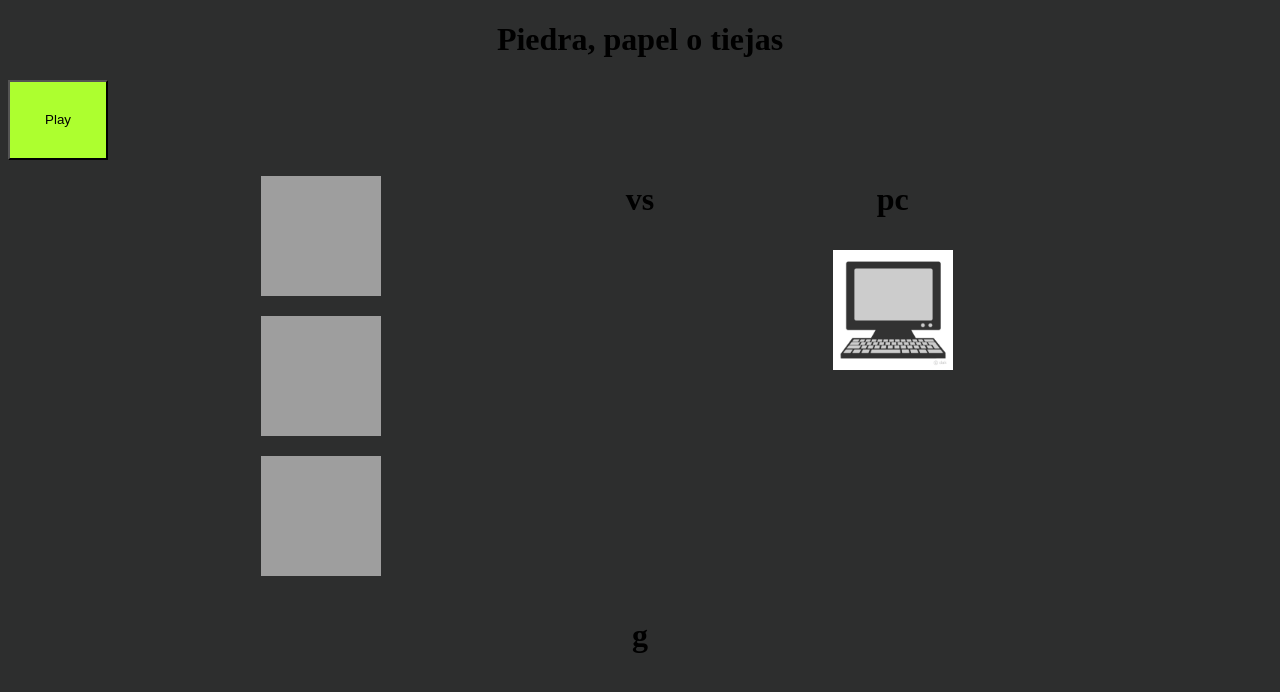
Repository: Kevin8548/FundamentosJS
Page: scissors.html
The author's editor kept a copy of each file at every save. The page is drawn from the files as they stood at one save, then again after the next save.
The browser window is 1280 px wide. The pictures show the whole page.
Pictures or frames that could not be fetched are drawn as grey boxes.

Above is the page before, as saved 2024-09-23 05:49:43.
Console error: SyntaxError: Unexpected token ';'

### scissors.html
<!DOCTYPE html>
<html lang="en">
<head>
    <meta charset="UTF-8">
    <meta name="viewport" content="width=device-width, initial-scale=1.0">
    <title>Document</title>
    <link rel="stylesheet" href="style.css">
</head>
<body>
    <div class="content"></div>
    <script src="./concepts/scissors.js"></script>
    <h1>Piedra, papel o tiejas</h1>
    <button>Play</button>
    <div class="parent">


        <div class="div2">
            <p><img src="img/descarga.jpeg" alt=""></p>
            <p><img src="img/scissor-icon-transparent-free-png.webp" alt=""></p>
            <p><img src="img/png-clipart-paper-leaf-leaf-white-leaf-thumbnail.png" alt=""></p>
        </div>

        <div class="div3"><h1>vs</h1> </div>

        <div class="div4"> <h1>pc
            <p><img src="img/2775.png" alt=""></p>
        </h1></div>

        <div class="div5"><h1>g</h1> </div>

        </div>
</body>
</html>

### style.css
.parent {
display:grid ;
grid-template-columns: repeat(5, 1fr);
grid-template-rows: repeat(1.5, 1fr);
grid-column-gap: 0px;
grid-row-gap: 0px;
}

.div1 { grid-area: 1 / 3 / 2 / 4; }
.div2 { grid-area: 3 / 2 / 4 / 3; }
.div3 { grid-area: 3 / 3 / 4 / 4; }
.div4 { grid-area: 3 / 4 / 4 / 5; }
.div5 { grid-area: 5 / 3 / 6 / 4; }

h1{
text-align: center;
}

img{
width: 120px;
height: 120px;
}

body{
background-color: rgb(45, 46, 46);
}

button {
    background-color: greenyellow;
    width: 100px;
    height: 80px;
}

### concepts/scissors.js
const btnPLay = ;
const divUser = ;
const divMaq = ;
const message = ;

const play = () => {
    const choiceUser = prompt ('Elige; piedra, papel o tijeras');
    const aleatorio = Math.floor(Math.random() * 3);
    //Todo
    //Si aleatorio = 0 choicemaq= piedra y asi para 1  y 2
    //Comparaciones para determinar ganador
}

After the next save:
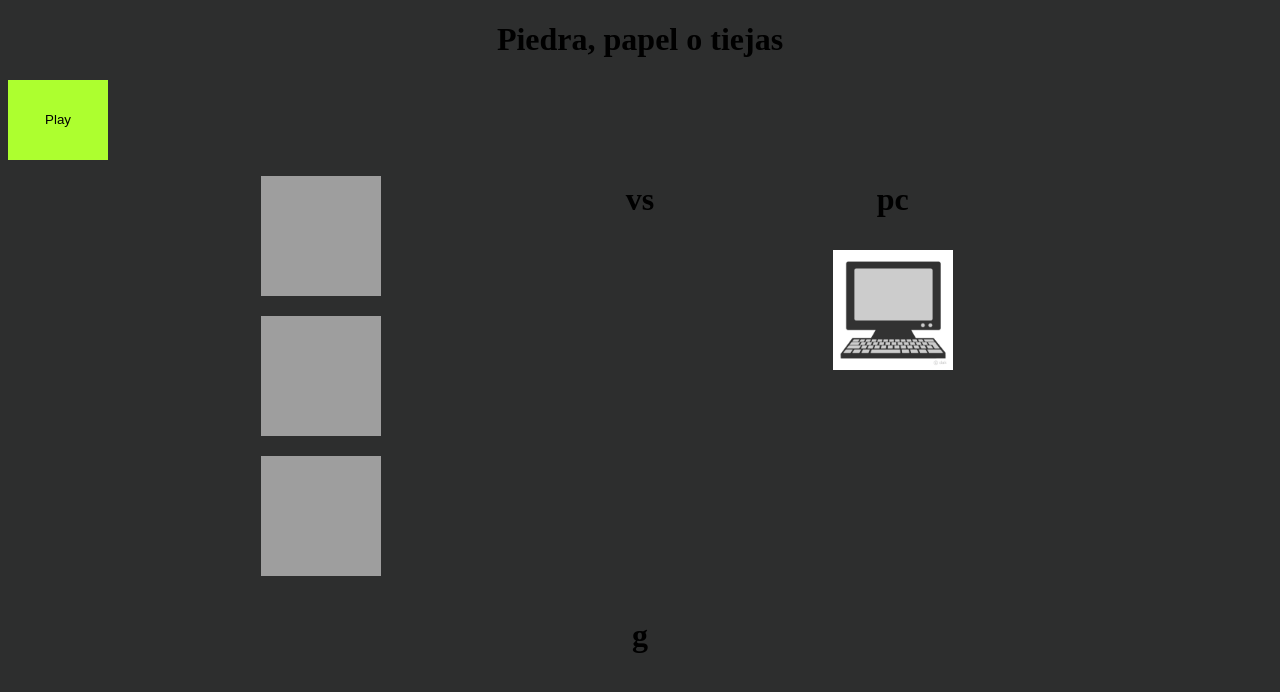
Saved 34 s later.
--- a/style.css
+++ b/style.css
@@ -29,4 +29,9 @@
     background-color: greenyellow;
     width: 100px;
     height: 80px;
+    display: flex; /* Cambia el display a flex */
+    justify-content: center; /* Centra horizontalmente */
+    align-items: center; /* Centra verticalmente */
+    border: none; /* Opcional: elimina el borde */
+    cursor: pointer; /* Cambia el cursor al pasar sobre el botón */
 }

After the save that followed:
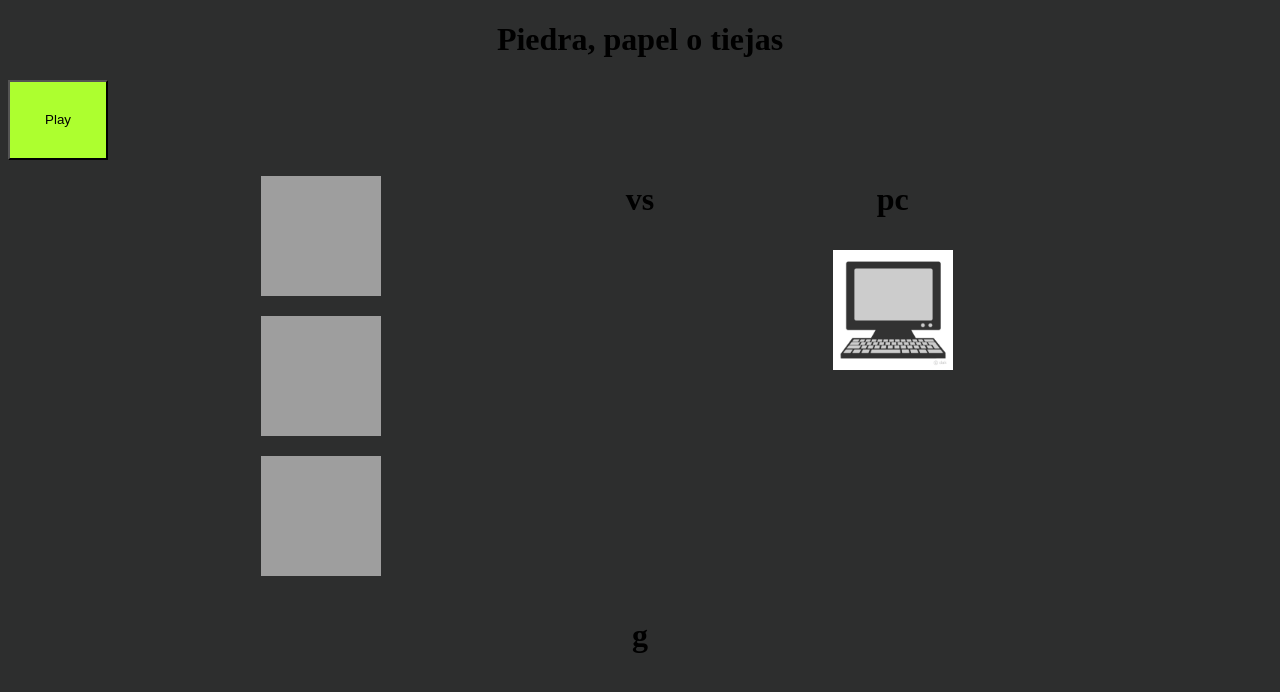
Saved 6 s later.
--- a/style.css
+++ b/style.css
@@ -29,9 +29,4 @@
     background-color: greenyellow;
     width: 100px;
     height: 80px;
-    display: flex; /* Cambia el display a flex */
-    justify-content: center; /* Centra horizontalmente */
-    align-items: center; /* Centra verticalmente */
-    border: none; /* Opcional: elimina el borde */
-    cursor: pointer; /* Cambia el cursor al pasar sobre el botón */
 }
